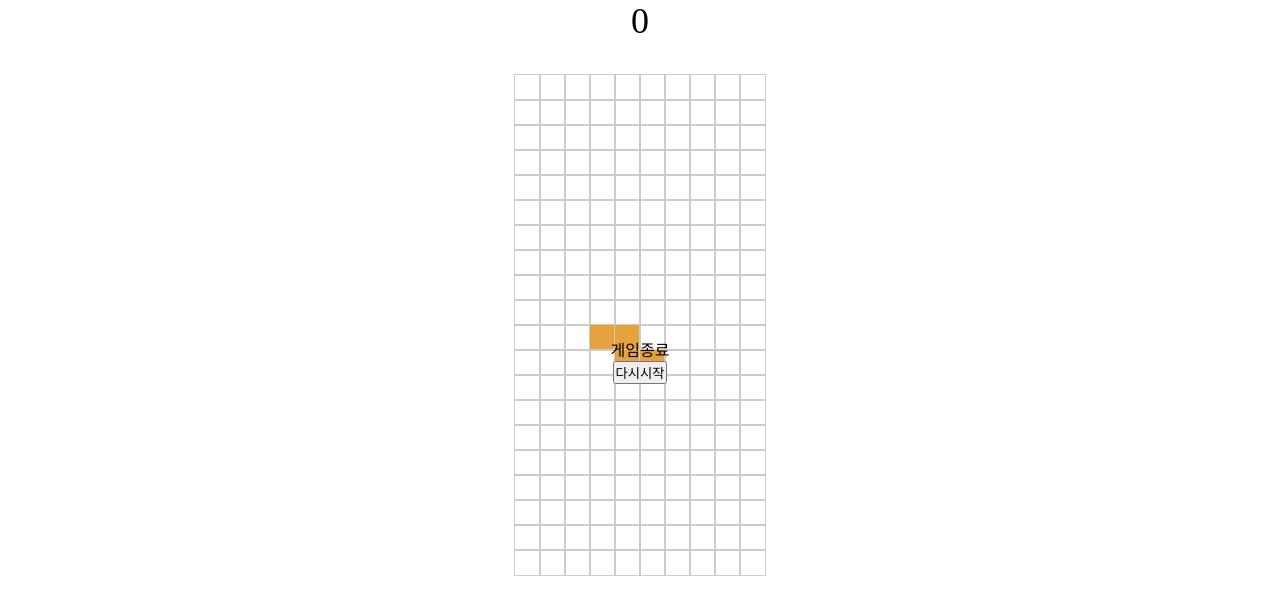
Repository: chlwpdnswku/tetris
Page: index.html
The author's editor kept a copy of each file at every save. The page is drawn from the files as they stood at one save, then again after the next save.
The browser window is 1280 px wide. The pictures show the whole page.

Above is the page before, as saved 2022-12-14 00:17:37.

After the next save:
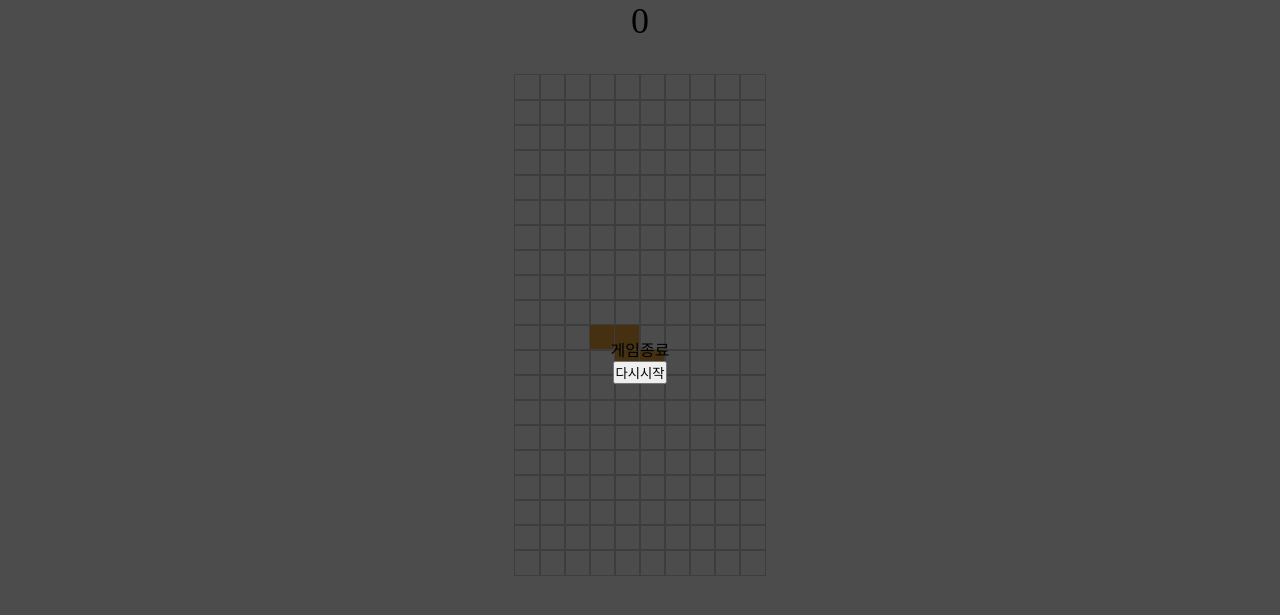
Saved 18 s later.
--- a/style.css
+++ b/style.css
@@ -17,6 +17,7 @@
   position: fixed;
   width: 100%;
   height: 100%;
+  background: rgba(0, 0, 0, 0.7);
 }
 .score {
   text-align: center;
